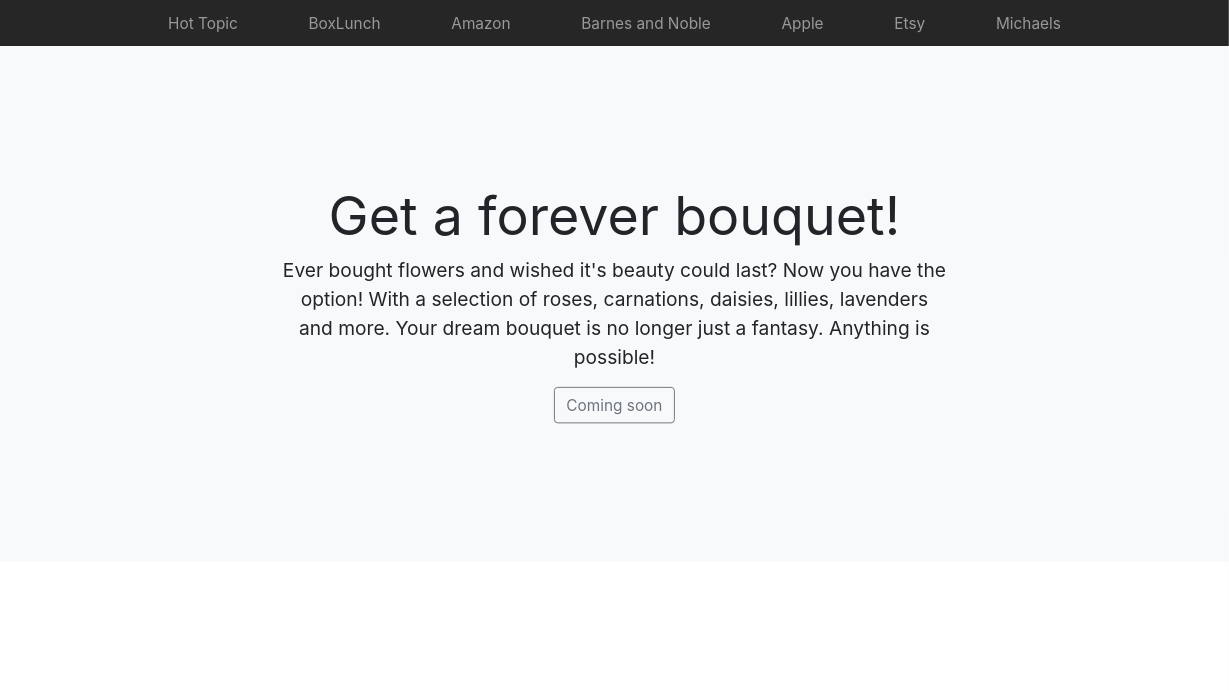
Repository: cfran037/Personal-Resume
Page: LearnCS8-Twilio/index.html
The author's editor kept a record of every edit. The page is drawn from the files as they stood at one moment, then again after the next edit.
The browser window is 1280 px wide. The pictures show the whole page, at 96% of full size.

Above is the page before.

After the next edit:
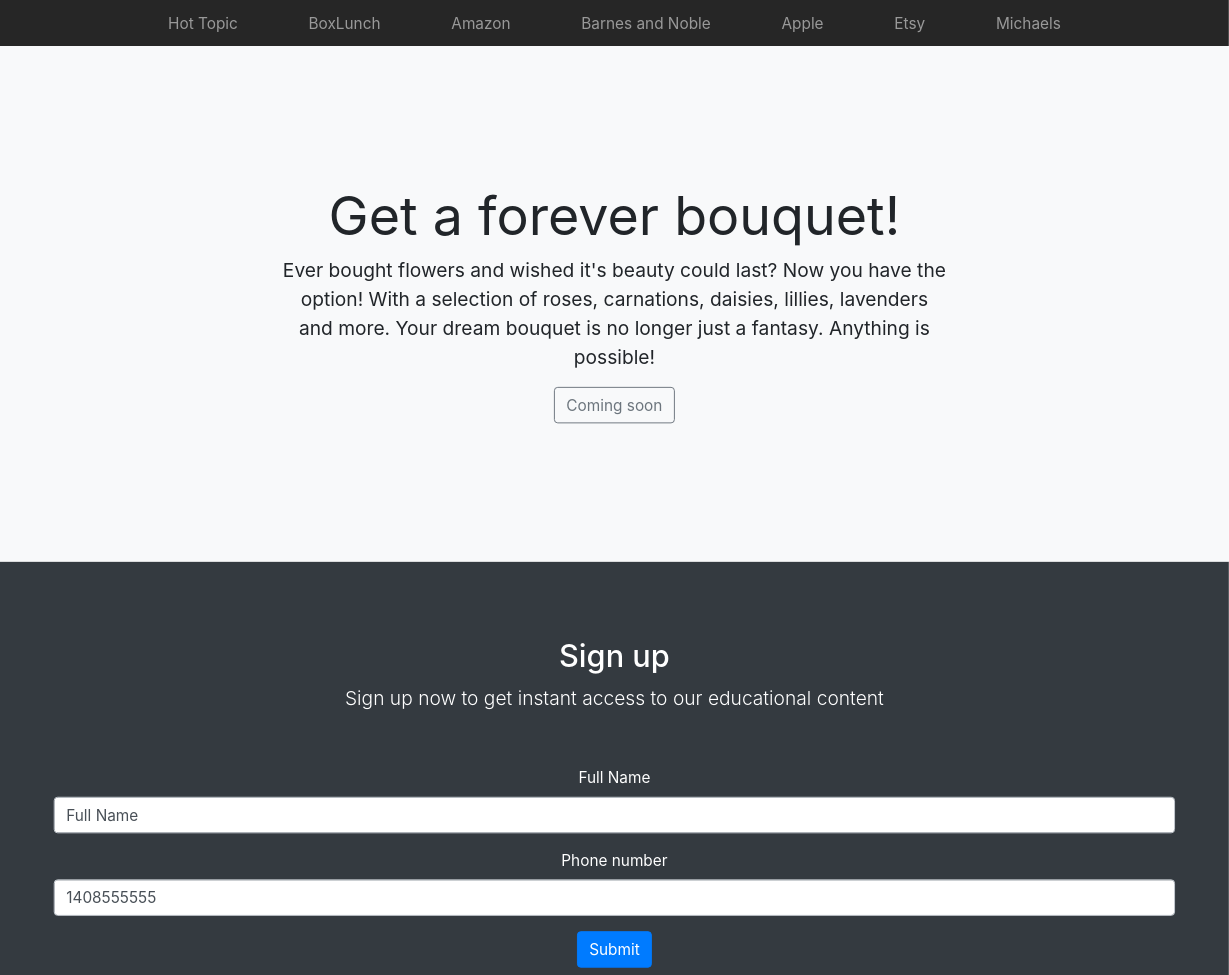
The edit:
--- a/LearnCS8-Twilio/index.html
+++ b/LearnCS8-Twilio/index.html
@@ -35,5 +35,44 @@
         <a class="btn btn-outline-secondary" href="https://www.youtube.com/watch?v=ZzTdWfziNI0">Coming soon</a>
     </div>
 </div>
+<!-- Left Tile -->
+<div class="d-md-flex flex-md-equal w-100">
+    <div class="bg-dark pt-3 px-3 pt-md-5 px-md-5 text-center text-white overflow-hidden">
+        <div class="my-3 py-3">
+            <h2 class="display-5">Sign up</h2>
+            <p class="lead">Sign up now to get instant access to our educational content</p>
+        </div>
+        <!-- Web form when submitted will send a text message -->
+        <form class="p-2" onsubmit="sendTextMessage(); return false;">
+            <!-- Full Name Form Field -->
+            <div class="form-group">
+                <label for="example-first-name">Full Name</label>
+                <input type="text" value="Full Name" class="form-control" id="example-first-name" aria-describedby="emailHelp">
+            </div>
+            <!-- Phone Number Form Field -->
+            <div class="form-group">
+                <label for="example-tel-input">Phone number</label>
+                <input type="tel" class="form-control" value="1408555555" id="example-tel-input">
+            </div>
+            <!-- JavaScript that handles onSubmit logic -->
+            <!-- Configure the XHR request below with your own credentials -->
+            <script>
+            function sendTextMessage() {
+                console.log("Hello world!");
+                var xhr = new XMLHttpRequest();
+                var accountSID = "ACe1686467219fa45c19b24ae06f0d07bc";
+                var authToken = "38704c2a0a327075f44b613e08fa18bf";
+                var base64encoded = accountSID + ":" + authToken;
+                var params = "To=" + document.getElementById('example-tel-input').value + "&From=" + "XXXXXXXXXX" + "&Body=" + "Hello " + document.getElementById('example-first-name').value + " nice job on sending your first SMS with APIs."
+                xhr.open("POST", "https://api.twilio.com/2010-04-01/Accounts/" + accountSID + "/Messages.json", true);
+                xhr.setRequestHeader('Content-Type', 'application/x-www-form-urlencoded');
+                xhr.setRequestHeader('Authorization', 'Basic ' + btoa(base64encoded));
+                xhr.send(params);
+            }
+            </script>
+            <!-- Submit button that will execute the sendTextMessage function -->
+            <button type="submit" class="btn btn-primary">Submit</button>
+        </form>
+    </div>
   </body>
 </html>
